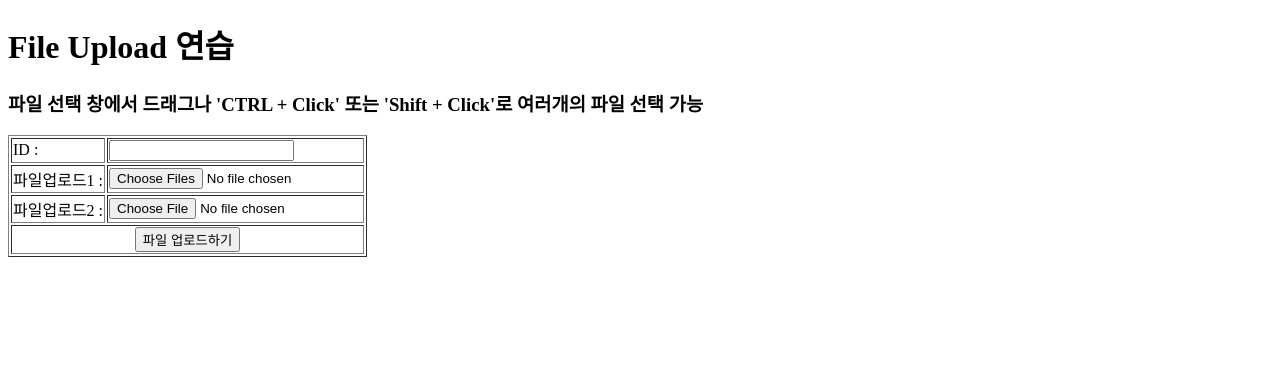
Repository: p2terkim/servletWork
Page: http://localhost/servletTest/basic/fileupload/fileupload.jsp
The author's editor kept a copy of each file at every save. The page is drawn from the files as they stood at one save, then again after the next save.
The browser window is 1280 px wide. The pictures show the whole page.
The page is served by Tomcat 9. Other server files are loaded and not shown.

Above is the page before, as saved 2021-05-21 06:48:51.

### servletTest/WebContent/basic/fileupload/fileupload.jsp
<%@ page language="java" contentType="text/html; charset=UTF-8"
    pageEncoding="UTF-8"%>
<!DOCTYPE html>
<html>
<head>
<meta charset="UTF-8">
<title>File Upload 연습</title>
</head>
<body>
<h1>File Upload 연습</h1>
<h3>파일 선택 창에서 드래그나 'CTRL + Click' 또는 'Shift + Click'로 여러개의 파일 선택 가능</h3>
<!--
	파일을 전송할 때 <form>태그 구성하는 방법
	1. method는 반드시 'post'이어야 한다.
	2. enctype 속성에 'multipart/form-data'를 반드시 지정해야한다.
 -->


<form method="post" enctype="multipart/form-data" action="<%=request.getContextPath()%>/file/FileUpload.do">
<table border="1">
<tr>
	<td>ID : </td>
	<td><input type="text" name="memid"></td>
</tr>
<tr>
	<td>파일업로드1 : </td>
	<td><input type="file" name="fileup1" multiple></td>
</tr>
<tr>
	<td>파일업로드2 : </td>
	<td><input type="file" name="fileup2"></td>
</tr>
<tr>
	<td colspan="2" style="text-align:center;"><input type="submit" value="파일 업로드하기"></td>
</tr>
</table>

</form>
</body>
</html>

After the next save:
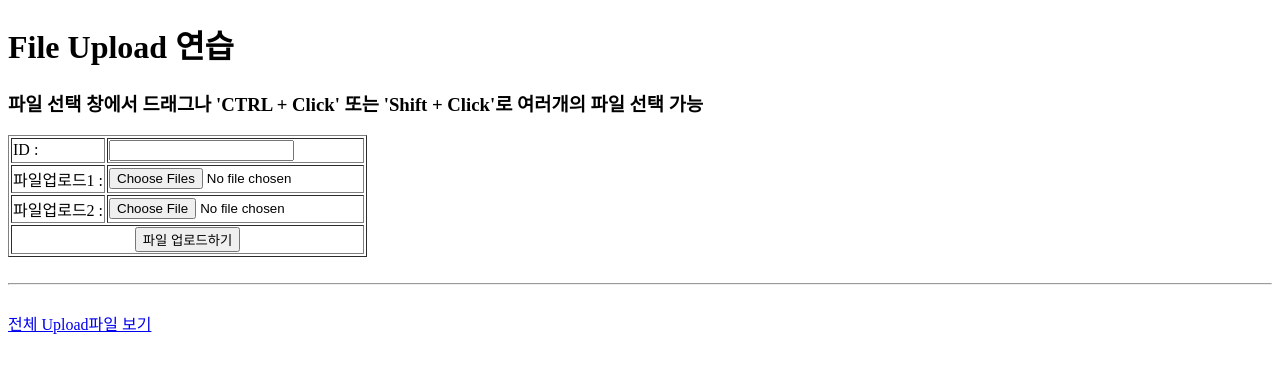
Saved 3 min 5 s later.
--- a/servletTest/WebContent/basic/fileupload/fileupload.jsp
+++ b/servletTest/WebContent/basic/fileupload/fileupload.jsp
@@ -34,6 +34,10 @@
 	<td colspan="2" style="text-align:center;"><input type="submit" value="파일 업로드하기"></td>
 </tr>
 </table>
+ </form>
+<br><hr><br>
+   <a href ="<%=request.getContextPath()%>/file/UploadFileList.do">전체 Upload파일 보기</a>
+
 
 </form>
 </body>
